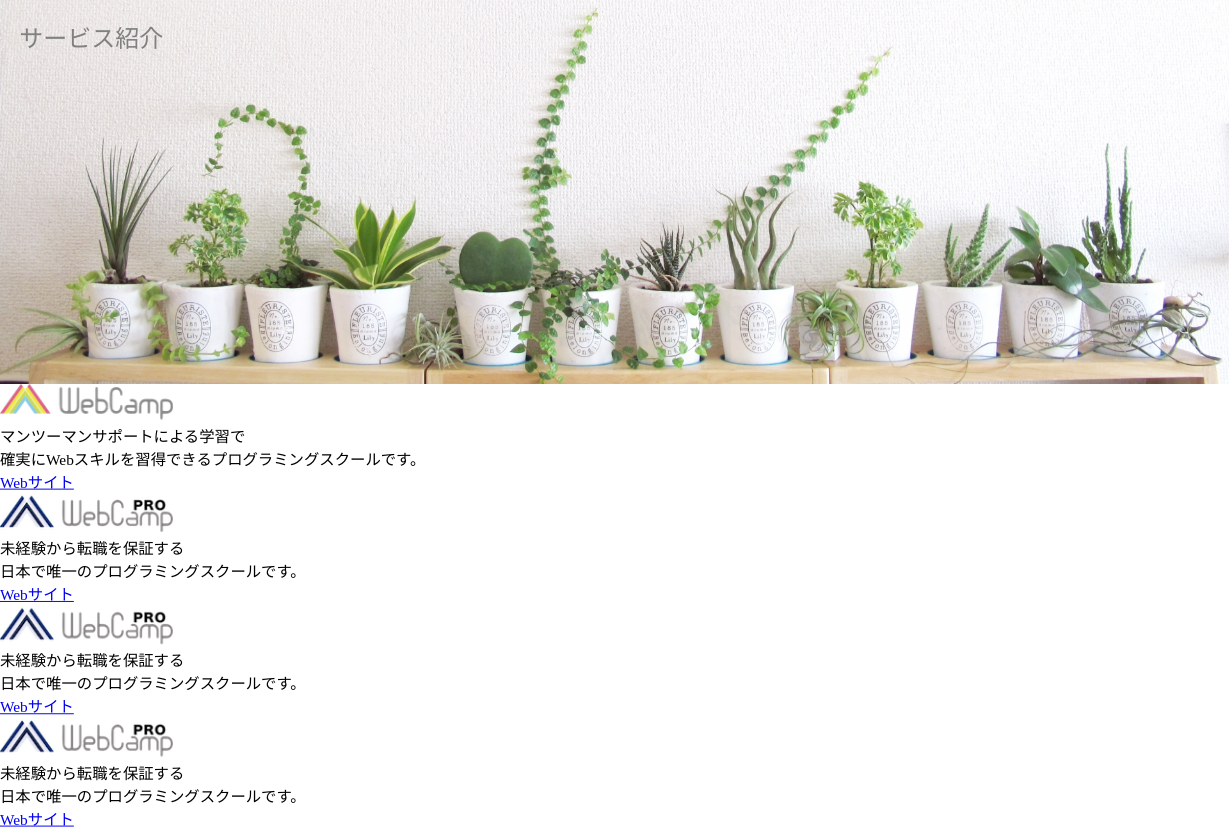
Repository: pooh0721/-
Page: c7/c7.html
The author's editor kept a record of every edit. The page is drawn from the files as they stood at one moment, then again after the next edit.
The browser window is 1280 px wide. The pictures show the whole page, at 96% of full size.

Above is the page before.

After the next edit:
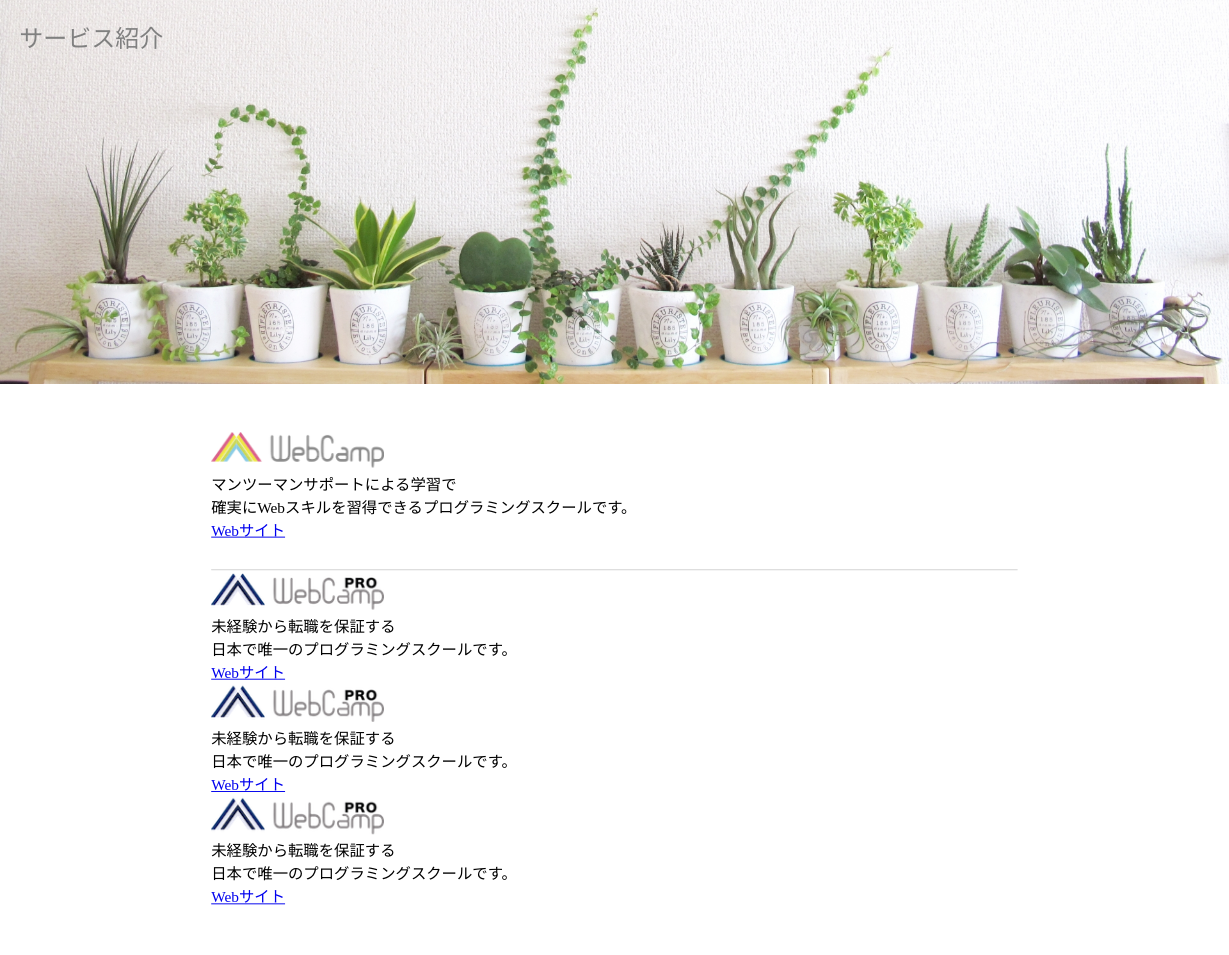
The edit:
--- a/c7/style.css
+++ b/c7/style.css
@@ -16,3 +16,12 @@
   color: #808080;
   font-size: 25px;
 }
+main{
+  width: 840px;
+  margin: 50px auto;
+}
+.item1 {
+  padding-bottom: 30px;
+  border-bottom: 1px solid #d1d1d1;
+
+}
